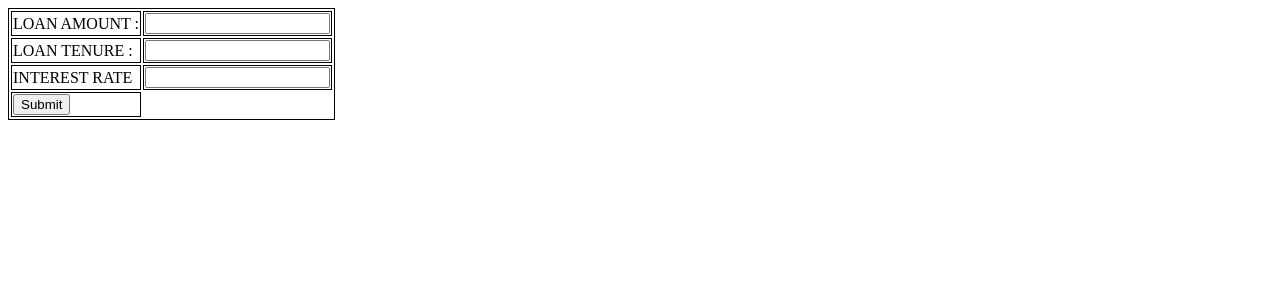
Repository: MayuriShinde124/Mayuri_20136571
Page: Question3/src/main/webapp/Calculator.html
The author's editor kept a copy of each file at every save. The page is drawn from the files as they stood at one save, then again after the next save.
The browser window is 1280 px wide. The pictures show the whole page.

Above is the page before, as saved 2023-07-11 07:32:26.

### Question3/src/main/webapp/Calculator.html
<!DOCTYPE html>
<html>
<head>
<meta charset="ISO-8859-1">
<title>Insert title here</title>
<style>
table, th, td {
  border: 1px solid black;
}
</style>
</head>
<body>
<form action="Calcuate.jsp">

<table>
<tr>
<td>
LOAN AMOUNT :
</td><td><input type="NUMBER" name="anunt"></td>
<tr>
<td>
LOAN TENURE :</td><td><input type="number" name="tenure"></td>
<tr>
<td>
INTEREST RATE</td><td><input type="number" name="rate"></td></tr>

<tr><td>
<input type="submit" name="Calculate">
</td>
</tr>
</table>


</form>

</body>
</html>

After the next save:
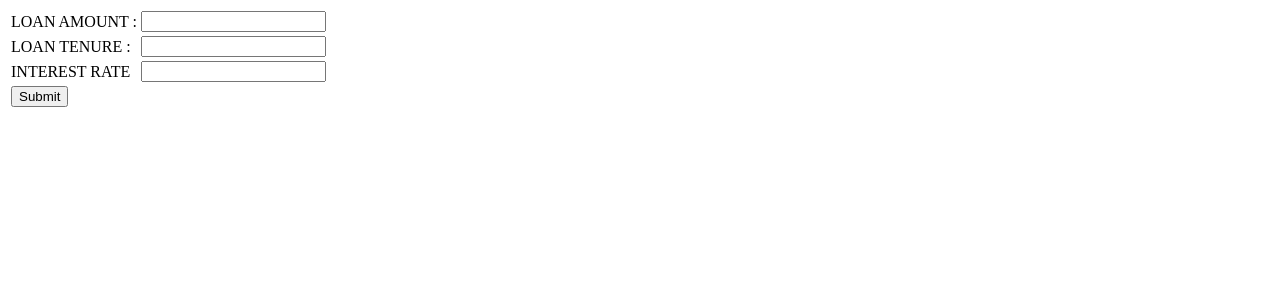
Saved 33 s later.
--- a/Question3/src/main/webapp/Calculator.html
+++ b/Question3/src/main/webapp/Calculator.html
@@ -3,11 +3,8 @@
 <head>
 <meta charset="ISO-8859-1">
 <title>Insert title here</title>
-<style>
-table, th, td {
-  border: 1px solid black;
-}
-</style>
+
+
 </head>
 <body>
 <form action="Calcuate.jsp">
